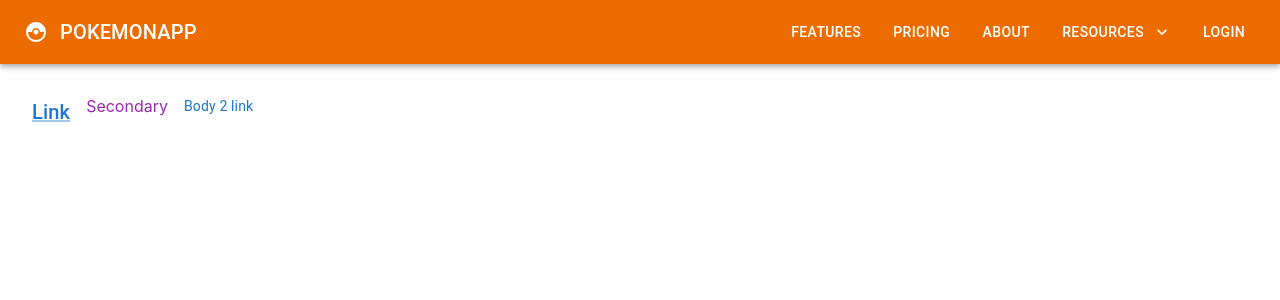
Repository: janidulnkg1/react-mui
Page: / (app in mui-demo/)
An editor plug-in stored every save of this project. The page is shown before and after a run of saves, followed by the edit.
The browser window is 1280 px wide. The pictures show the whole page.
The project was rebuilt for these pictures with package versions that can differ from the ones it lists, and the page was loaded fresh each time.

Above is the page before, as saved 2023-11-13 11:10:23.

After the next 3 saves:
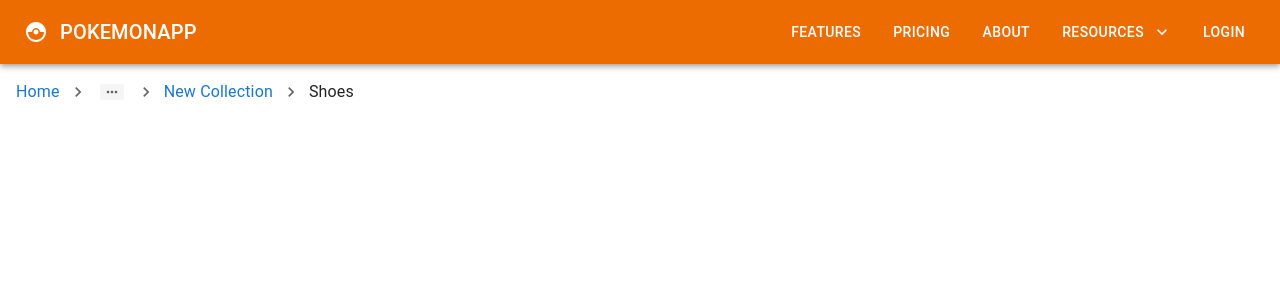
The 3 saves are shown as one change because they came seconds apart.
The last was saved 7 s later.
--- a/mui-demo/src/App.tsx
+++ b/mui-demo/src/App.tsx
@@ -14,6 +14,7 @@ import './App.css';
 //import { MuiImageList } from './components/MuiImageList';
 import { MuiNavbar } from './components/MuiNavbar';
 import { MuiLink} from './components/MuiLink';
+import { MuiBreadcrumbs } from './components/MuiBreadcrumbs';
 
 
 
@@ -36,7 +37,7 @@ function App() {
       {/*MuiImageList */}
       <MuiNavbar />
       {/*MuiLink */}
-      <MuiLink />
+      <MuiBreadcrumbs />
     </div>
   );
 }
